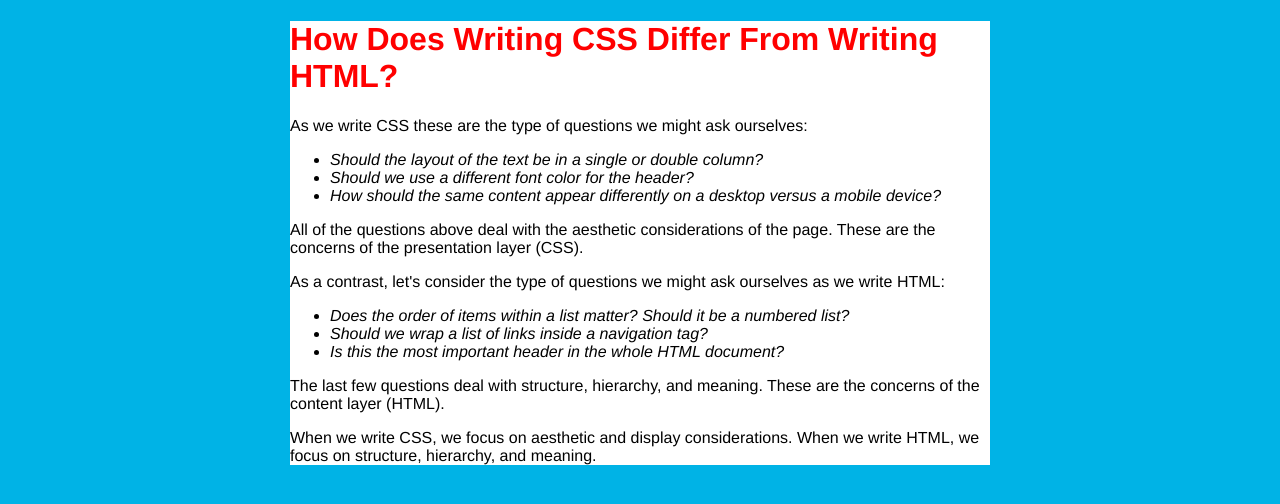
Repository: NthigaDenis/example-repository
Page: phase-0-css-intro-lab/index.html
The author's editor kept a copy of each file at every save. The page is drawn from the files as they stood at one save, then again after the next save.
The browser window is 1280 px wide. The pictures show the whole page.

Above is the page before, as saved 2022-08-02 08:22:33.

### phase-0-css-intro-lab/index.html
<!DOCTYPE html>
<html>

<head>
  <meta charset="utf-8">
  <title>Introduction to CSS Lab</title>
  <!-- Your code here! -->
</head>

<body>
  <link rel="stylesheet" href="./style.css" />

  <div>
    <h1 id='main-header'>How Does Writing CSS Differ From Writing HTML?</h1>
    <p>As we write CSS these are the type of questions we might ask ourselves:</p>

    <ul>
      <li class='perspective-questions'>Should the layout of the text be in a single or double column?</li>
      <li class='perspective-questions'>Should we use a different font color for the header?</li>
      <li class='perspective-questions'>How should the same content appear
        differently on a desktop versus a mobile device?</li>
    </ul>

    <p>All of the questions above deal with the aesthetic considerations of the page. These are the concerns of the
      presentation layer (CSS).</p>
    <p>As a contrast, let's consider the type of questions we might ask ourselves as we write HTML:</p>

    <ul>
      <li class='perspective-questions'>Does the order of items within a list matter? Should it be a numbered list?</li>
      <li class='perspective-questions'>Should we wrap a list of links inside a navigation tag?</li>
      <li class='perspective-questions'>Is this the most important header in the whole HTML document?</li>
    </ul>

    <p>The last few questions deal with structure, hierarchy, and meaning. These are the concerns of the content layer
      (HTML).</p>
    <p>When we write CSS, we focus on aesthetic and display considerations. When we write HTML, we focus on structure,
      hierarchy, and meaning.</p>
  </div>

</body>

</html>

### phase-0-css-intro-lab/style.css
/* Tag selector to select the 'body' element */
body {

  background: #00b3e6;
}

/* Your code here! */


/* Tag selector to select all 'div' elements. We only have one 'div' in our HTML */
div {
  width: 700px;
  margin: auto;
  font-family: Helvetica Neue;
  background: white;
  padding: 300 px;
  /* Your code here! */
}

/* ID selector to select the element with id 'main-header' */
#main-header {
  /* Your code here! */
  color: red;
  font: size 22px;
}

/* Class selector to select elements containing the class 'perspective-questions' */
.perspective-questions {
  font-style: italic
    /* Your code here! */
}

After the next save:
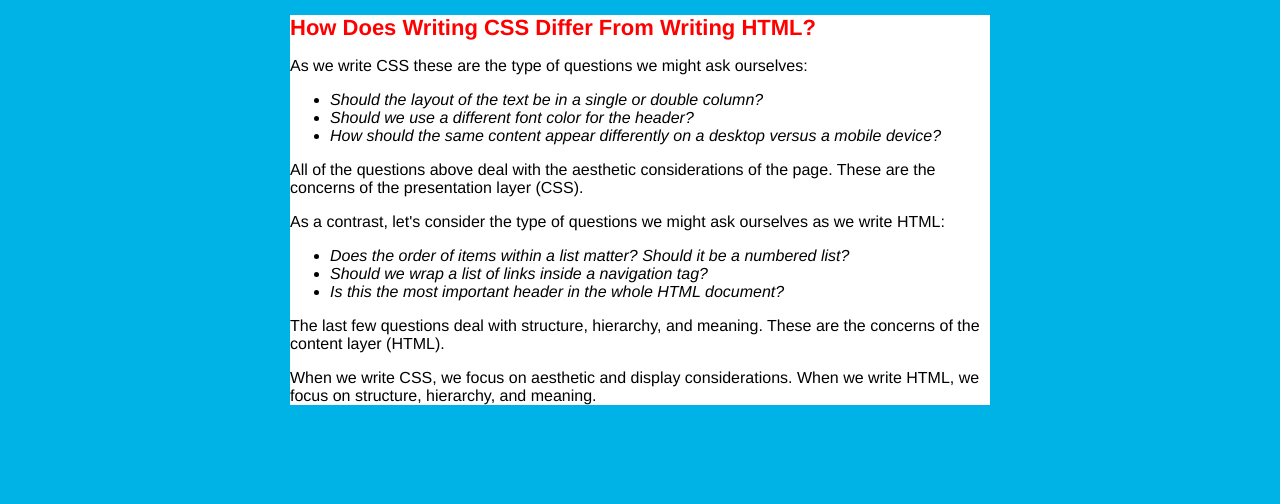
Saved 2 min 20 s later.
--- a/phase-0-css-intro-lab/style.css
+++ b/phase-0-css-intro-lab/style.css
@@ -13,7 +13,7 @@ div {
   margin: auto;
   font-family: Helvetica Neue;
   background: white;
-  padding: 300 px;
+  padding: 30 px;
   /* Your code here! */
 }
 
@@ -21,7 +21,7 @@ div {
 #main-header {
   /* Your code here! */
   color: red;
-  font: size 22px;
+  font-size: 22px;
 }
 
 /* Class selector to select elements containing the class 'perspective-questions' */
